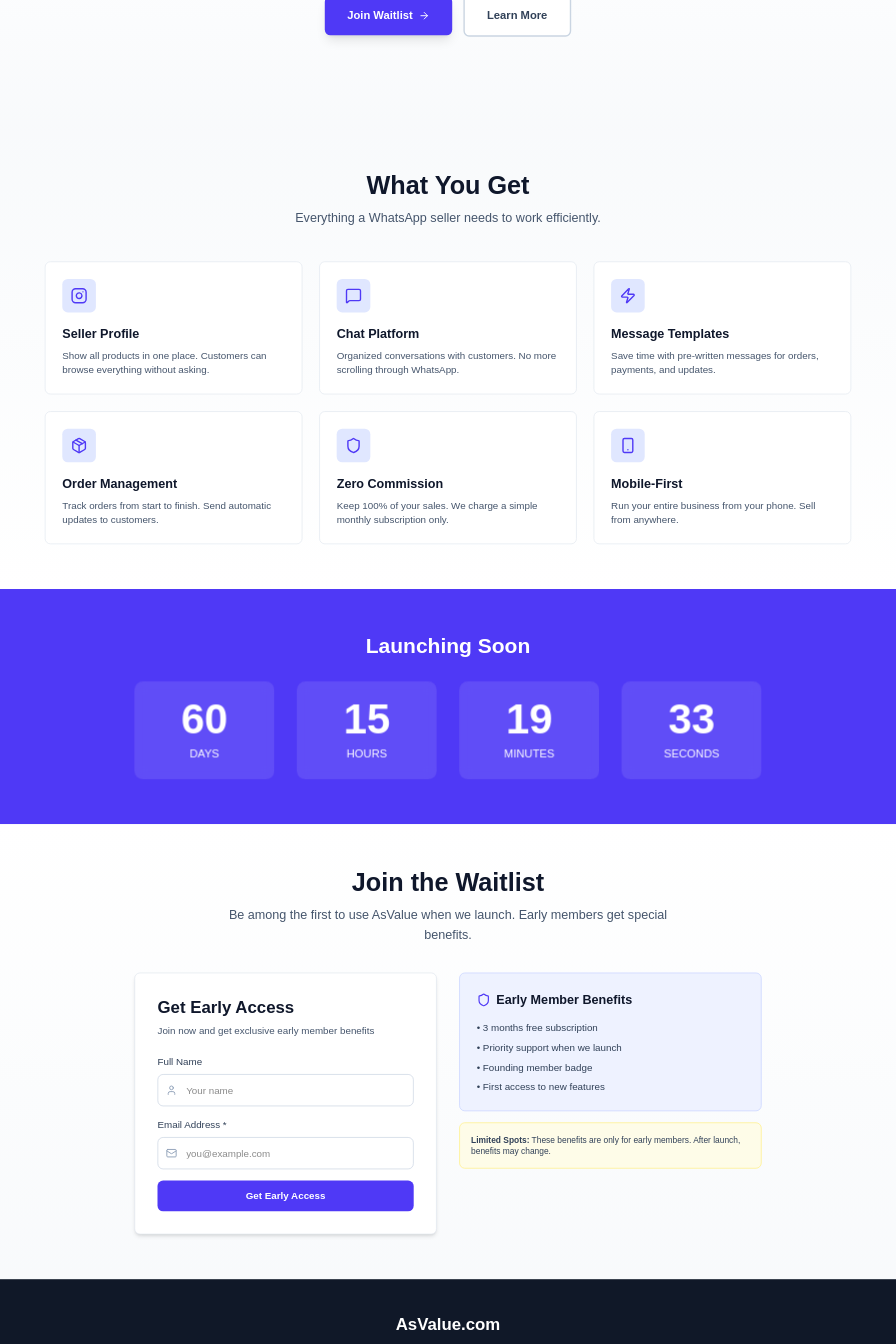
Repository: vikkii2005/asvalue-waitlist
Page: /
The author's editor kept a copy of each file at every save. The page is drawn from the files as they stood at one save, then again after the next save.
The browser window is 1280 px wide. The pictures show the part of the page from y = 539 to 2459 px (the page is 2570 px tall before and 2998 px after), at 70% of full size.
The page's requests for data from a server got no answer. The project was rebuilt for these pictures with package versions that can differ from the ones it lists, and the page was loaded fresh each time. The framework's server and built-in components were replaced by stand-ins that run in the browser. No one was signed in, and anything a server would have sent is missing. Also part of the build but not shown: next.config.ts, components/ReferralDashboard.tsx.

Above is the page before, as saved 2025-10-31 09:04:27.

### app/layout.tsx
import { Analytics } from '@vercel/analytics/react'
import type { Metadata } from 'next'
import type { ReactNode } from 'react'

import './globals.css'

export const metadata: Metadata = {
  title: 'AsValue - Professional WhatsApp Selling Platform',
  description: 'Sell on WhatsApp professionally with automated templates, order tracking, and zero commission. Join the waitlist.',
  openGraph: {
    title: 'AsValue - Professional WhatsApp Selling',
    description: 'Zero commission WhatsApp selling platform',
    url: 'https://asvalue.com',
  },
}

export default function RootLayout({
  children,
}: {
  children: ReactNode
}) {
  return (
    <html lang="en">
      <body className="antialiased bg-white">
        {children}
        <Analytics />
      </body>
    </html>
  )
}

### app/page.tsx
import Hero from '@/components/Hero'
import Features from '@/components/Features'
import WaitlistForm from '@/components/WaitlistForm'
import CountdownTimer from '@/components/CountdownTimer'

export default function Home() {
  return (
    <main className="min-h-screen">
      <Hero />
      <Features />
      <CountdownTimer />
      <WaitlistForm />

      {/* Footer */}
      <footer className="bg-gray-900 text-white py-12 px-4">
        <div className="max-w-6xl mx-auto text-center">
          <h3 className="text-2xl font-bold mb-4">AsValue.com</h3>
          <p className="text-gray-400">
            Professional WhatsApp selling platform • Zero commission • Subscription-based
          </p>
          <p className="text-gray-500 mt-4 text-sm">
            © 2025 AsValue. All rights reserved.
          </p>
        </div>
      </footer>
    </main>
  )
}

### components/Hero.tsx
'use client'

import { ArrowRight } from 'lucide-react'

export default function Hero() {
  return (
    <section className="relative min-h-screen flex items-center justify-center bg-linear-to-b from-slate-50 via-white to-slate-50 px-4 overflow-hidden">
      {/* Background Gradient Orbs */}
      <div className="absolute top-0 left-1/4 w-96 h-96 bg-indigo-200 rounded-full mix-blend-multiply filter blur-3xl opacity-20 animate-blob"></div>
      <div className="absolute top-0 right-1/4 w-96 h-96 bg-purple-200 rounded-full mix-blend-multiply filter blur-3xl opacity-20 animate-blob animation-delay-2000"></div>

      <div className="relative max-w-6xl mx-auto">
        {/* Main Content */}
        <div className="text-center max-w-4xl mx-auto">
          <h1 className="text-5xl md:text-6xl font-bold text-slate-900 mb-6 leading-tight">
            Stop Losing Time on WhatsApp
            <br />
            <span className="bg-linear-to-r from-indigo-600 to-purple-600 bg-clip-text text-transparent">
              Start Selling Smart
            </span>
          </h1>

          <p className="text-lg md:text-xl text-slate-600 mb-6 max-w-3xl mx-auto leading-relaxed">
            AsValue gives WhatsApp sellers the tools they need: automated message templates, order tracking, and a professional seller profile. Keep 100% of your revenue.
          </p>

          <p className="text-base text-slate-500 mb-10 max-w-2xl mx-auto">
            Built for Indian WhatsApp sellers who want to sell more, faster, without the chaos.
          </p>

          {/* CTA Buttons */}
          <div className="flex flex-col sm:flex-row items-center justify-center gap-4">
            <button
              onClick={() => document.getElementById('waitlist-form')?.scrollIntoView({ behavior: 'smooth' })}
              className="group bg-indigo-600 hover:bg-indigo-700 text-white px-8 py-4 rounded-lg font-semibold text-base flex items-center gap-2 transition-all shadow-lg hover:shadow-xl"
            >
              Join Waitlist
              <ArrowRight className="w-4 h-4 group-hover:translate-x-1 transition-transform" />
            </button>
            <button
              onClick={() => document.getElementById('features')?.scrollIntoView({ behavior: 'smooth' })}
              className="bg-white hover:bg-slate-50 text-slate-700 border-2 border-slate-300 px-8 py-4 rounded-lg font-semibold text-base transition-all"
            >
              Learn More
            </button>
          </div>
        </div>
      </div>
    </section>
  )
}

### components/Features.tsx
import { Instagram, MessageSquare, Zap, Package, Shield, Smartphone } from 'lucide-react'

const features = [
  {
    icon: Instagram,
    title: 'Seller Profile',
    description: 'Show all products in one place. Customers can browse everything without asking.'
  },
  {
    icon: MessageSquare,
    title: 'Chat Platform',
    description: 'Organized conversations with customers. No more scrolling through WhatsApp.'
  },
  {
    icon: Zap,
    title: 'Message Templates',
    description: 'Save time with pre-written messages for orders, payments, and updates.'
  },
  {
    icon: Package,
    title: 'Order Management',
    description: 'Track orders from start to finish. Send automatic updates to customers.'
  },
  {
    icon: Shield,
    title: 'Zero Commission',
    description: 'Keep 100% of your sales. We charge a simple monthly subscription only.'
  },
  {
    icon: Smartphone,
    title: 'Mobile-First',
    description: 'Run your entire business from your phone. Sell from anywhere.'
  }
]

export default function Features() {
  return (
    <section id="features" className="py-16 px-4 bg-linear-to-b from-slate-50 to-white">
      <div className="max-w-6xl mx-auto">
        <div className="text-center mb-12">
          <h2 className="text-4xl font-bold text-slate-900 mb-3">
            What You Get
          </h2>
          <p className="text-lg text-slate-600">
            Everything a WhatsApp seller needs to work efficiently.
          </p>
        </div>

        <div className="grid md:grid-cols-2 lg:grid-cols-3 gap-6">
          {features.map((feature, index) => (
            <div
              key={index}
              className="bg-white p-6 rounded-lg border border-slate-200 hover:border-indigo-300 hover:shadow-md transition-all"
            >
              <div className="shrink-0">
                <div className="w-12 h-12 bg-indigo-100 rounded-lg flex items-center justify-center mb-4">
                  <feature.icon className="w-6 h-6 text-indigo-600" />
                </div>
              </div>
              <h3 className="text-lg font-semibold text-slate-900 mb-2">{feature.title}</h3>
              <p className="text-sm text-slate-600">{feature.description}</p>
            </div>
          ))}
        </div>
      </div>
    </section>
  )
}

### components/WaitlistForm.tsx
'use client'

import { useState, useEffect } from 'react'
import { supabase } from '@/lib/supabase'
import toast, { Toaster } from 'react-hot-toast'
import { Loader2, Mail, User, Shield } from 'lucide-react'
import ReferralDashboard from './ReferralDashboard'

export default function WaitlistForm() {
  const [email, setEmail] = useState('')
  const [fullName, setFullName] = useState('')
  const [loading, setLoading] = useState(false)
  const [referralCode, setReferralCode] = useState<string | null>(null)
  const [showDashboard, setShowDashboard] = useState(false)
  const [userReferralCode, setUserReferralCode] = useState('')

  useEffect(() => {
    const params = new URLSearchParams(window.location.search)
    const ref = params.get('ref')
    if (ref) {
      setReferralCode(ref)
      localStorage.setItem('referralCode', ref)
    }
  }, [])

  const generateReferralCode = () => {
    return Math.random().toString(36).substring(2, 10).toUpperCase()
  }

  const handleSubmit = async (e: React.FormEvent) => {
    e.preventDefault()
    setLoading(true)

    try {
      const newReferralCode = generateReferralCode()

      const { error } = await supabase
        .from('waitlist')
        .insert([
          {
            email,
            full_name: fullName,
            referral_code: newReferralCode,
            referred_by: referralCode || null
          }
        ])
        .select()

      if (error) throw error

      if (referralCode) {
        await supabase.rpc('increment_referral_count', {
          ref_code: referralCode
        })
      }

      setUserReferralCode(newReferralCode)
      setShowDashboard(true)
      toast.success('You&apos;re on the waitlist!')

    } catch (error: unknown) {
      const err = error as { code?: string }
      if (err.code === '23505') {
        toast.error('This email is already on our list.')
      } else {
        toast.error('Something went wrong. Try again.')
      }
    } finally {
      setLoading(false)
    }
  }

  if (showDashboard) {
    return <ReferralDashboard referralCode={userReferralCode} email={email} />
  }

  return (
    <section id="waitlist-form" className="py-16 px-4 bg-linear-to-b from-white to-slate-50">
      <Toaster position="top-center" />
      <div className="max-w-5xl mx-auto">
        <div className="text-center mb-10">
          <h2 className="text-4xl font-bold text-slate-900 mb-3">
            Join the Waitlist
          </h2>
          <p className="text-lg text-slate-600 max-w-2xl mx-auto">
            Be among the first to use AsValue when we launch. Early members get special benefits.
          </p>
        </div>

        <div className="grid md:grid-cols-2 gap-8 max-w-4xl mx-auto">
          {/* Form */}
          <div className="bg-white rounded-lg shadow-md p-8 border border-slate-200">
            <h3 className="text-2xl font-bold text-slate-900 mb-2">
              Get Early Access
            </h3>
            <p className="text-slate-600 text-sm mb-6">
              Join now and get exclusive early member benefits
            </p>

            <form onSubmit={handleSubmit} className="space-y-4">
              <div>
                <label className="block text-sm font-medium text-slate-700 mb-2">
                  Full Name
                </label>
                <div className="relative">
                  <User className="absolute left-3 top-1/2 transform -translate-y-1/2 w-4 h-4 text-slate-400" />
                  <input
                    type="text"
                    value={fullName}
                    onChange={(e) => setFullName(e.target.value)}
                    className="w-full pl-10 pr-4 py-3 border border-slate-300 rounded-lg focus:ring-2 focus:ring-indigo-500 focus:border-transparent text-sm"
                    placeholder="Your name"
                  />
                </div>
              </div>

              <div>
                <label className="block text-sm font-medium text-slate-700 mb-2">
                  Email Address *
                </label>
                <div className="relative">
                  <Mail className="absolute left-3 top-1/2 transform -translate-y-1/2 w-4 h-4 text-slate-400" />
                  <input
                    type="email"
                    value={email}
                    onChange={(e) => setEmail(e.target.value)}
                    required
                    className="w-full pl-10 pr-4 py-3 border border-slate-300 rounded-lg focus:ring-2 focus:ring-indigo-500 focus:border-transparent text-sm"
                    placeholder="you@example.com"
                  />
                </div>
              </div>

              <button
                type="submit"
                disabled={loading}
                className="w-full bg-indigo-600 hover:bg-indigo-700 disabled:bg-slate-400 text-white py-3 rounded-lg font-semibold text-sm flex items-center justify-center gap-2 transition-all"
              >
                {loading ? (
                  <>
                    <Loader2 className="w-4 h-4 animate-spin" />
                    Joining...
                  </>
                ) : (
                  'Get Early Access'
                )}
              </button>
            </form>

            {referralCode && (
              <div className="mt-4 bg-green-50 border border-green-200 rounded-lg p-3">
                <p className="text-xs font-medium text-green-800 text-center">
                  You were referred! You&apos;ll both move up the list.
                </p>
              </div>
            )}
          </div>

          {/* Benefits */}
          <div className="space-y-4">
            <div className="bg-indigo-50 rounded-lg p-6 border border-indigo-200">
              <h4 className="text-lg font-bold text-slate-900 mb-4 flex items-center gap-2">
                <Shield className="w-5 h-5 text-indigo-600" />
                Early Member Benefits
              </h4>
              <ul className="space-y-2 text-sm">
                <li className="text-slate-700">• 3 months free subscription</li>
                <li className="text-slate-700">• Priority support when we launch</li>
                <li className="text-slate-700">• Founding member badge</li>
                <li className="text-slate-700">• First access to new features</li>
              </ul>
            </div>

            <div className="bg-yellow-50 border border-yellow-200 rounded-lg p-4">
              <p className="text-xs text-slate-700">
                <strong>Limited Spots:</strong> These benefits are only for early members. After launch, benefits may change.
              </p>
            </div>
          </div>
        </div>
      </div>
    </section>
  )
}

### components/CountdownTimer.tsx
'use client'

import { useState, useEffect } from 'react'

export default function CountdownTimer() {
  const [timeLeft, setTimeLeft] = useState({
    days: 0,
    hours: 0,
    minutes: 0,
    seconds: 0
  })

  useEffect(() => {
    // Set your launch date here
    const launchDate = new Date('2025-12-31T00:00:00').getTime()

    const timer = setInterval(() => {
      const now = new Date().getTime()
      const distance = launchDate - now

      setTimeLeft({
        days: Math.floor(distance / (1000 * 60 * 60 * 24)),
        hours: Math.floor((distance % (1000 * 60 * 60 * 24)) / (1000 * 60 * 60)),
        minutes: Math.floor((distance % (1000 * 60 * 60)) / (1000 * 60)),
        seconds: Math.floor((distance % (1000 * 60)) / 1000)
      })
    }, 1000)

    return () => clearInterval(timer)
  }, [])

  return (
    <section className="py-16 px-4 bg-indigo-600 text-white">
      <div className="max-w-4xl mx-auto text-center">
        <h2 className="text-3xl font-bold mb-8">Launching Soon</h2>
        <div className="grid grid-cols-4 gap-4 md:gap-8">
          {Object.entries(timeLeft).map(([unit, value]) => (
            <div key={unit} className="bg-white/10 backdrop-blur rounded-xl p-6">
              <div className="text-4xl md:text-6xl font-bold">{value}</div>
              <div className="text-sm md:text-base uppercase mt-2">{unit}</div>
            </div>
          ))}
        </div>
      </div>
    </section>
  )
}

### components/ProblemSolution.tsx
import { AlertCircle, CheckCircle2 } from 'lucide-react'

const problems = [
  {
    problem: 'Manual messaging costs 3+ hours daily',
    solution: 'Templates send bulk messages instantly'
  },
  {
    problem: 'Customers ask "where is my order?" repeatedly',
    solution: 'Automatic order status updates to customers'
  },
  {
    problem: 'Products hidden in chats - customers can&apos;t browse',
    solution: 'Professional profile displaying all products'
  },
  {
    problem: 'Payment processors take 2-5% commission',
    solution: 'Direct payments - we only charge monthly subscription'
  },
  {
    problem: 'No order tracking or inventory management',
    solution: 'Built-in dashboard to manage everything'
  },
  {
    problem: 'Business looks unprofessional on WhatsApp',
    solution: 'Professional seller profile builds customer trust'
  }
]

export default function ProblemSolution() {
  return (
    <section id="problems" className="py-16 px-4 bg-white">
      <div className="max-w-6xl mx-auto">
        <div className="text-center mb-12">
          <h2 className="text-4xl font-bold text-slate-900 mb-3">
            WhatsApp Sellers Face Real Problems
          </h2>
          <p className="text-lg text-slate-600 max-w-2xl mx-auto">
            We built AsValue to solve these specific issues.
          </p>
        </div>

        <div className="space-y-4">
          {problems.map((item, index) => (
            <div
              key={index}
              className="grid md:grid-cols-2 gap-6 bg-slate-50 rounded-lg p-5 border border-slate-200"
            >
              <div className="flex gap-3">
                <div className="shrink-0">
                  <div className="w-8 h-8 bg-red-100 rounded-lg flex items-center justify-center">
                    <AlertCircle className="w-4 h-4 text-red-600" />
                  </div>
                </div>
                <div>
                  <p className="font-semibold text-slate-900 text-sm">{item.problem}</p>
                </div>
              </div>

              <div className="flex gap-3">
                <div className="shrink-0">
                  <div className="w-8 h-8 bg-green-100 rounded-lg flex items-center justify-center">
                    <CheckCircle2 className="w-4 h-4 text-green-600" />
                  </div>
                </div>
                <div>
                  <p className="font-semibold text-indigo-600 text-sm">{item.solution}</p>
                </div>
              </div>
            </div>
          ))}
        </div>
      </div>
    </section>
  )
}

Loaded but not shown: app/globals.css (common file); lib/supabase.ts (common file)

After the next save:
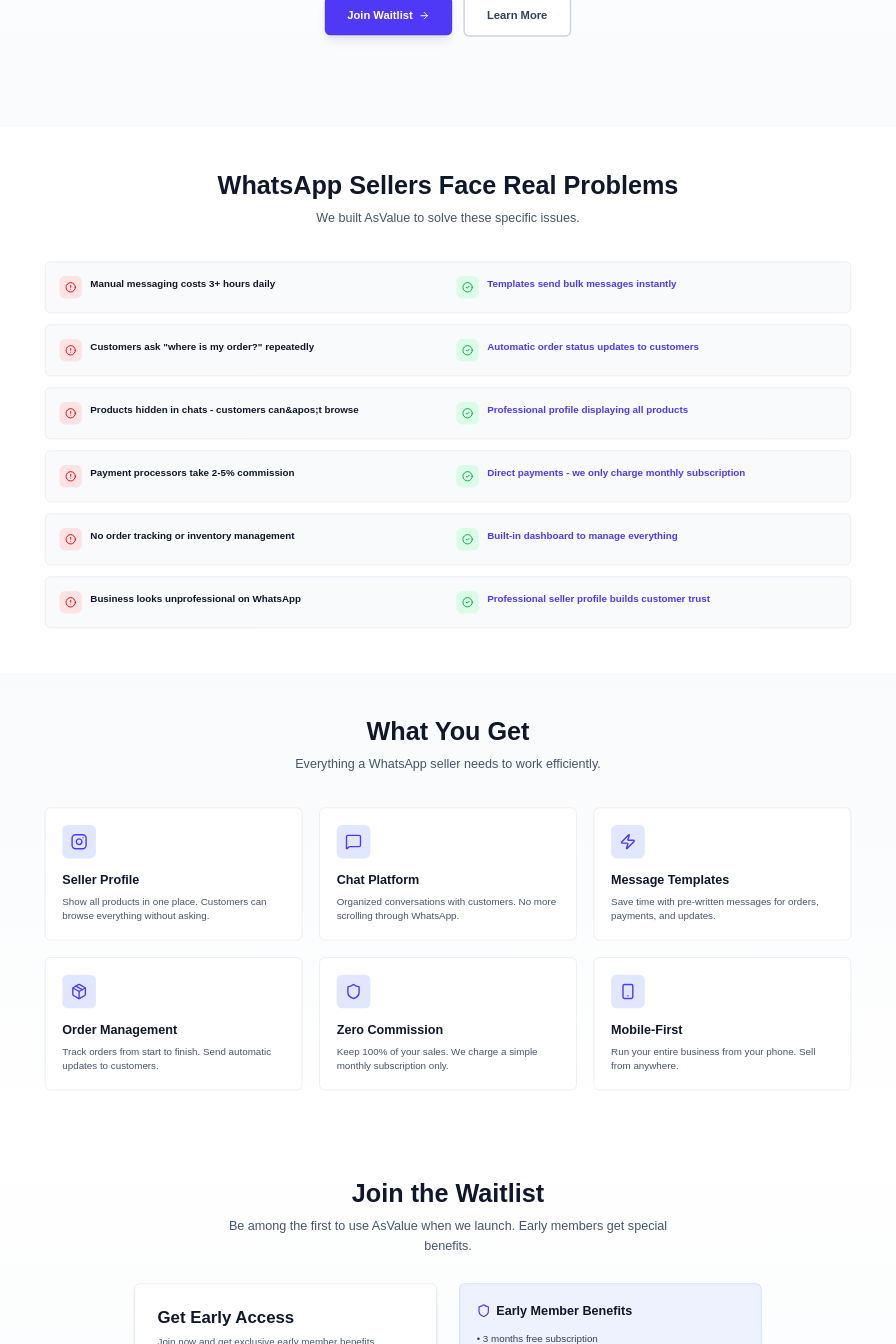
Saved 9 s later.
--- a/app/page.tsx
+++ b/app/page.tsx
@@ -1,24 +1,24 @@
 import Hero from '@/components/Hero'
+import ProblemSolution from '@/components/ProblemSolution'
 import Features from '@/components/Features'
 import WaitlistForm from '@/components/WaitlistForm'
-import CountdownTimer from '@/components/CountdownTimer'
 
 export default function Home() {
   return (
     <main className="min-h-screen">
       <Hero />
+      <ProblemSolution />
       <Features />
-      <CountdownTimer />
       <WaitlistForm />
 
       {/* Footer */}
-      <footer className="bg-gray-900 text-white py-12 px-4">
+      <footer className="bg-slate-900 text-white py-12 px-4">
         <div className="max-w-6xl mx-auto text-center">
-          <h3 className="text-2xl font-bold mb-4">AsValue.com</h3>
-          <p className="text-gray-400">
-            Professional WhatsApp selling platform • Zero commission • Subscription-based
+          <h3 className="text-2xl font-bold mb-2">AsValue</h3>
+          <p className="text-slate-400 text-sm mb-4">
+            Professional WhatsApp selling platform
           </p>
-          <p className="text-gray-500 mt-4 text-sm">
+          <p className="text-slate-500 text-xs">
             © 2025 AsValue. All rights reserved.
           </p>
         </div>
